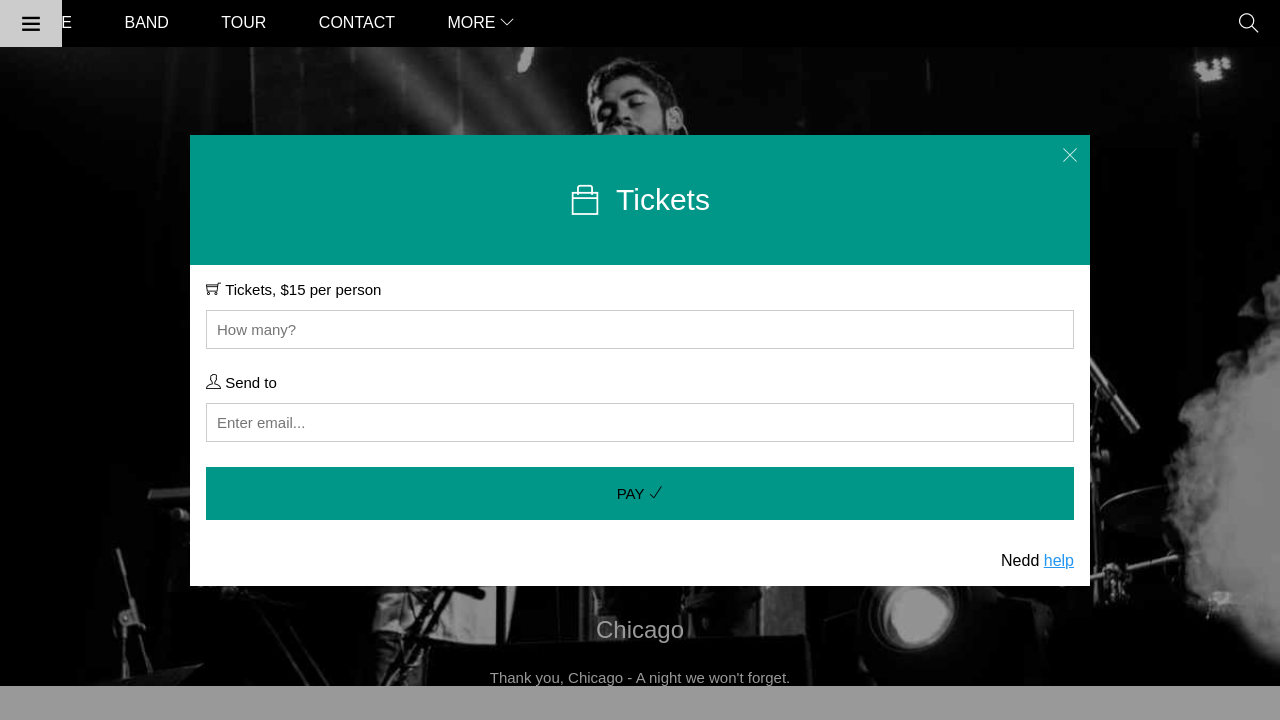
Repository: Thanhtrunghoang123/the-band
Page: index.html
An editor plug-in stored every save of this project. The page is shown before and after the next save, followed by the edit.
The browser window is 1280 px wide. The pictures show the window.
A layer covers the whole window, so only the first screen is drawn.

Above is the page before, as saved 2022-07-28 06:49:21.

### index.html
<!DOCTYPE html>
<html lang="en">
<head>
    <meta charset="UTF-8">
    <meta http-equiv="X-UA-Compatible" content="IE=edge">
    <meta name="viewport" content="width=device-width, initial-scale=1.0">
    <title>The Band</title>
    <link rel="icon" href="https://upload.wikimedia.org/wikipedia/commons/thumb/f/fb/Logo_of_Blackpink.svg/2560px-Logo_of_Blackpink.svg.png" type="image/x-icon" />
    <link rel="stylesheet" href="./assest/css/style.css">
    <link rel="stylesheet" href="./assest/css/responsive.css">
    <link rel="stylesheet" href="./assest/fonts/themify-icons/themify-icons.css">



</head>
<body>
    <div id="main">
        <div id="header">
            <!-- Begin: Nav -->
            <ul id="nav">
                <li><a href="#">Home</a></li>
                <li><a href="#band">Band</a></li>
                <li><a href="#tour">Tour</a></li>
                <li><a href="#contact">Contact</a></li>
                <li>
                    <a href="#">
                        More
                        <i class=" nav-arrow-down ti-angle-down"></i>

                    </a>
                    <ul class="subnav">
                        <li><a href="#">Merchandise</a></li>
                        <li><a href="#">Extras</a></li>
                        <li><a href="#">Media</a></li>
                    </ul>
                </li>
            </ul>
            <!-- End: Nav -->

            <!-- Begin: Search button -->
            <div class="search-btn">
                <i class=" search-icon ti-search"></i>
            </div>

            <div id="mobile-menu" class="mobile-menu-btn">
                <i class=" menu-icon ti-menu"></i>
            </div>
            <!-- End: Search button -->



        </div>

        <div id="slider">
            <div class="text-content">
                <h2 class="text-heading">Chicago</h2>
                <div class="text-description">Thank you, Chicago - A night we won't forget.</div>

            </div>
        </div>

        <div id="content">
            <!-- About section -->
            <div  id="band" class="content-section">
                <h2 class="section-heading">THE BAND</h2>
                <p class="section-sub-heading">We love music</p>
                <p class="about-text">We have created a fictional band website. Lorem ipsum dolor sit amet, consectetur adipiscing elit, sed do eiusmod tempor incididunt ut labore et dolore magna aliqua. Ut enim ad minim veniam, quis nostrud exercitation ullamco laboris nisi ut aliquip ex ea commodo consequat. Duis aute irure dolor in reprehenderit in voluptate velit esse cillum dolore eu fugiat nulla pariatur. Excepteur sint occaecat cupidatat non proident, sunt in culpa qui officia deserunt mollit anim id est laborum consectetur adipiscing elit, sed do eiusmod tempor incididunt ut labore et dolore magna aliqua. Ut enim ad minim veniam, quis nostrud exercitation ullamco laboris nisi ut aliquip ex ea commodo consequat.</p>
                <div class="row members-list">
                    <div class="text-center col col-third">
                        <p class="member-name">Name</p>
                        <img src="./assest/img/band/member1.jpg" alt="Name" class="member-img">
                    </div>
                    <div class="text-center col col-third">
                        <p class="member-name">Name</p>
                        <img src="./assest/img/band/member1.jpg" alt="Name" class="member-img">
                    </div>
                    <div class="text-center col col-third">
                        <p class="member-name">Name</p>
                        <img src="./assest/img/band/member1.jpg" alt="Name" class="member-img">
                    </div>
                    <div class="clear"></div>
                </div>
            </div>
            <!-- Tour section -->
            <div id="tour" class="tour-section">
                <div class="content-section">
                    <h2 class="section-heading text-white">TOUR DATES</h2>
                    <p class="section-sub-heading text-white">Remember to book your tickets!</p>

                    <!-- Tickets  -->
                    <ul class="tickets-list">
                        <li>September <span class="sold-out">Sold out</span></li>
                        <li>October <span class="sold-out">Sold out</span></li>
                        <li>November <span class="quantity">3</span></li>
                    </ul>
                    <!-- places -->
                    <div class=" row place-list">
                        <div class="col col-third">
                            <img src="./assest/img/places/place1.jpg" alt="img" class="place-img">
                            <div class="place-body">
                                <h3 class="place-heading">New York</h3>
                                <p class="place-time">Fri 27 Nov 2022</p>
                                <p class="place-desc">Praesent tincidunt sed tellus ut rutrum sed vitae justo.</p>
                                <button  class="btn js-buy-ticket">Buy Tickets</button>
                            </div>
                        </div>

                        <div class=" col col-third">
                            <img src="./assest/img/places/place2.jpg" alt="img" class="place-img">
                            <div class="place-body">
                                <h3 class="place-heading">Paris</h3>
                                <p class="place-time">Sat 28 Nov 2022</p>
                                <p class="place-desc">Praesent tincidunt sed tellus ut rutrum sed vitae justo.</p>
                                <button  class="btn js-buy-ticket">Buy Tickets</button>
                            </div>
                        </div>

                        <div class=" col col-third">
                            <img src="./assest/img/places/place3.jpg" alt="img" class="place-img">
                            <div class="place-body">
                                <h3 class="place-heading">San Francisco</h3>
                                <p class="place-time">Sun 29 Nov 2022</p>
                                <p class="place-desc">Praesent tincidunt sed tellus ut rutrum sed vitae justo.</p>
                                <button  class="btn js-buy-ticket">Buy Tickets</button>
                            </div>
                        </div>
                        <div class="clear"></div>
                    </div>
                </div>

            </div>
            <!-- Begin: Contact section -->
            <div id="contact" class="content-section">
                <h2 class="section-heading">CONTACT</h2>
                <p class="section-sub-heading">Fan? Drop a note!</p>

                <div class="row contact-content">
                    <div class="col col-half contact-info">
                        <p><i class="ti-location-pin"></i> Chicago, US</p>
                        <p><i class="ti-mobile"></i> +00 151515</p>
                        <p><i class="ti-email"></i> Email: mail@mail.com</p>
                    </div>

                    <div class="col col-half contact-form">
                        <form action="">
                            <div class="row">
                                <div class="col col-half">
                                    <input type="text" name="" placeholder="Name" required id="" class="form-control">
                                </div>

                                <div class="col col-half">
                                    <input type="email" name="" placeholder="Email" required id="" class="form-control">
                                </div>

                            </div>
                            <div class="row mt-8">
                                <div class="col col-full">
                                    <input type="text" name="" placeholder="Message" required class="form-control">
                                </div>
                            <input class=" pull-right btn mt-16" type="submit" value="Send">
                        </form>
                    </div>
                </div>
            </div>
        </div>
         <!-- End: Contact section -->,
         <div class="map-section">
            <img src="./assest/img/map/map.jpg" alt="Map">
        </div>
        <div id="footer">
            <div class="socials">
                <a href=""><i class="ti-facebook"></i></a>
                <a href=""><i class="ti-instagram"></i></a>
                <a href=""><i class="ti-github"></i></a>
                <a href=""><i class="ti-pinterest"></i></a>
                <a href=""><i class="ti-twitter-alt"></i></a>
                <a href=""><i class="ti-linkedin"></i></a>
            </div>

            <p class="copyright">Powered by<a href="https://www.w3schools.com/w3css/tryw3css_templates_band.htm">w3.css</a></p>

        </div>

        </div>
    </div>
    <div class="modal open js-modal">
        <div class="modal-container js-modal-container">
            <div class="modal-close js-modal-close">
                <i class="ti-close"></i>
            </div>

            <header class="modal-header">
                <i class=" modal-heading-icon ti-bag"></i>
                Tickets
            </header>

            <div class="modal-body">
                <label for="" class="modal-label">
                    <i class="ti-shopping-cart"></i>
                    Tickets, $15 per person
                </label>
                <input type="text" class="modal-input" placeholder="How many?">

                <label for="" class="modal-label">
                    <i class="ti-user"></i>
                    Send to
                </label>
                <input type="text" class="modal-input" placeholder="Enter email...">

                <button id="buy-tickets">
                    Pay <i class="ti-check"></i>

                </button>
            </div>

            <footer class="modal-footer">
                <p class="modal-help">Nedd <a href="">help</a></p>
            </footer>
        </div>
    </div>
    <script>
         // Tạo biến const trỏ vào element để thực hiện hành vi.
         const buyBtns = document.querySelectorAll ('.js-buy-ticket')
         const modal = document.querySelector('.modal')
         const modalContainer = document.querySelector('.js-modal-container')
         const modalClose = document.querySelector('.js-modal-close')

         function showBuyTickets() {
            // Hàm hiện thị mua vé (add class 'open' vào element được Modal trỏ vào.)
            modal.classList.add('open')
         }

         function hideBuyTickets() {
            // Hàm gỡ bỏ class=modal remove class 'open' vào element được ticketModal trỏ vào.
            modal.classList.remove('open')
         }

          // Vì có nhiều element cần kiểm tra event, nên dùng biến con buyBtn để duyệt các element class "buyBtns"
        //   lặp từng thẻ button  và nghe hành vi click
         for (const buyBtn of buyBtns) {
          // Duyệt qua mỗi element, lắng nghe event của người dùng và gọi đến hàm cần thực hiện.
          buyBtn.addEventListener('click', showBuyTickets)
         }

        //  Nghe hành vi click vào nút button close
         modalClose.addEventListener('click', hideBuyTickets)

         modal.addEventListener('click' ,hideBuyTickets)

         modalContainer.addEventListener('click',function(event) {
            event.stopPropagation()
        })
    </script>

    <script>
        var header = document.getElementById('header');
        var mobileMenu = document.getElementById('mobile-menu');
        var headerHeight = header.clientHeight;
    // dong mo mobile menu
    mobileMenu.onclick = function() {
        var isClosed = header.clientHeight == headerHeight ;
        if (isClosed) {
            header.style.height = 'auto' ;
        } else {
            header.style.height = null ;
        }
    }

    //Tự động đóng khi chọn menu
    var menuItems = document.querySelectorAll('#nav li a[href*="#"]');
    for( var i=0 ; i<menuItems.length ; i++) {
        var menuItem = menuItems[i];

        menuItem.onclick = function () {
            header.style.height = null ;

        }

    }



    </script>
</body>
</html>

### assest/css/style.css
*{
    margin: 0;
    padding: 0;
    box-sizing: border-box;
}

html{
    scroll-behavior: smooth;
    font-family: Arial, Helvetica, sans-serif;
}

.text-white{
    color: #fff !important;
}


.clear{
    clear: both;
}

.text-center {
    text-align: center !important;
}

.btn{
    color: #fff;
    background-color: #000;
    text-decoration: none;
    padding: 11px 16px;
    display: inline-block;
    margin-top: 15px;
    border:none;
}

.pull-right {
    float:right !important;
}

.btn:hover{
    cursor: pointer;
    color: #000;
    background-color: #ccc;
}

.row{
    margin-left: -8px;
    margin-right: -8px;
}

.row::after {
    content: "";
    display: block;
    clear: both;
}

.col {
    float: left;
    padding-right: 8px;
    padding-left: 8px;
}

.col-full{
    width: 100%;
}

.col-half {
    width: 50%;
}

.col-third {
    width: calc(100%/3);
}

.mt-8 {
    margin-top: 8px !important;
}

.mt-16{
    margin-top: 16px !important;
}
#main{

}

#header{
    height: 46.5px;
    background-color: #000;
    position: fixed;
    top: 0;
    left: 0;
    right: 0;
    z-index: 1;
    overflow:hidden;
}
#nav {
    display: inline-block;
}
#nav , .subnav{
    list-style: none;
}
#nav > li{
    display: inline-block;
}

#nav li{
    position: relative;
}

#nav > li > a {
    color: #fff;
    text-transform: uppercase;
}
#nav li a{
    text-decoration: none;
    line-height: 46.5px;
    padding: 0px 24px;
    display: block;
}

#nav li:hover .subnav{
    display: block;
}
#nav > li:hover > a,
#nav .subnav li:hover a{
    color: #000;
    background-color: #ccc;
}

#nav .subnav{
    display: none;
    position: absolute;
    top: 100%;
    background-color: #fff;
    box-shadow: 0 0 10px rgba(0 , 0 , 0 ,0.3);
}
#nav .subnav a{
    color: #000;
    min-width: 160px;
    padding:  0px 12px;
    line-height: 38.5px;
}
#nav .nav-arrow-down{
    font-size: 14px;
}

#header .mobile-menu-btn {
    position:absolute;
    top:0;
    bottom:0;
}

#header .mobile-menu-btn,
#header .search-btn{
    float:right;
    padding: 0 21px;
}

#header .search-btn:hover {
    background-color: #f44336;
    cursor: pointer;
}

#header .mobile-menu-btn:hover {
   background-color:#ccc ;
}

#header .mobile-menu-btn:hover .menu-icon {
    color:#000;
 }


#header .menu-icon ,
#header .search-icon {
    color: #fff;
    font-size: 20px;
    line-height: 46.5px;
}

#slider{
    position: relative;
    margin-top: 46px;
    padding-top:50%;
    background: url(/assest/img/slider/chicago.jpg) top center /cover no-repeat;
}

#slider .text-content{
    position: absolute;
    bottom: 0;
    color: #fff;
    /* cách căn giữa 1 */
    /* left: 50%;
    transform: translateX(-50%); */
    /* Cách căn giữa 2 */
    width: 100%;
    text-align: center;
}

#slider .text-heading{
    font-weight: 500 ;
    font-size: 24px;
}

#slider .text-description{
    font-size: 15px;
    margin-top: 25px;
}

#content{

}

#content .content-section{
    width: 800px;
    max-width: 100%;
    margin-left: auto;
    margin-right: auto;
    padding: 64px 0 112px;
    padding-left: 16px;
    padding-right: 16px;
}

#content .section-heading{
    font-size: 30px;
    font-weight: 500;
    text-align: center;
    letter-spacing:  4px;
}

#content .section-sub-heading{
    font-size: 15px;
    text-align: center;
    margin-top: 25px;
    font-style: italic;
    opacity: 0.6;

}

#content .about-text{
    font-size: 15px;
    margin-top: 25px;
    text-align: justify;
    line-height: 1.4;

}

#content .members-list{
    margin-top: 47px;
    /* display: flex; */
    overflow: hidden;
}



#content .member-name{
    font-size: 15px;
}

#content .member-img{
    width: 154px;
    margin-top: 15px;
    border-radius: 4px;
}
/* Tour section  */
.tour-section{
    background-color: #000;
}

.tickets-list{
    background-color: #fff;
    margin-top: 40px;
}

.tickets-list li {
    color: #757575;
    font-size: 15px;
    padding: 11px 16px;
    border-bottom: 1px solid #ddd;
    list-style: none;
}

.tickets-list .sold-out{
    background-color: #f44336;
    color: #fff ;
    padding: 3px 4px;
    margin-left: 16px;
}

.tickets-list .quantity{
    float: right;
    width: 24px;
    height: 24px;
    background-color: #000;
    color: #fff;
    border-radius: 50%;
    text-align: center;
    line-height: 24px;
    margin-top: -3px;

}
/* Places */
.place-list{
    margin-top: 32px;

}


.place-img{
    width: 100%;
    display: block;
}

.place-img:hover{
    opacity: 0.6;
}

.place-body{
    padding: 16px;
    font-size: 15px;
    background-color: #fff;
}

.place-heading{
    font-size: 15px;
    font-weight: 600;

}

.place-time{
    margin-top: 15px;
    color: #757575;
}

.place-desc{
    margin-top: 15px;
    line-height: 1.4;
}



/* Contact Form */
.contact-content {
    margin-top: 48px;
}

.contact-info {
    font-size: 18px;
}

.contact-info i [class*="ti-"] {
    width: 30px;
    display: inline-block;
    line-height: 1.5;
}

.contact-form {
    font-size: 15px;
}

.contact-form .form-control {
    padding: 10px;
    border: 1px solid #ccc;
    width: 100%;
    display: block;
}
/* Map-section */
.map-section img {
    width: 100%;
}





#footer{
    padding: 64px 16px;
    text-align: center;
}

#footer .socials {
    font-size: 24px;
}

#footer .socials a {
    color: rgba(0 ,0, 0, 0.6);
    text-decoration: none;
}

#footer .socials a:hover {
    color: rgba(0 ,0, 0, 0.3);
}

#footer .copyright  {
    font-size: 15px;
    color: rgba(0 ,0, 0, 0.3);
    margin-top: 15px;

}

#footer .copyright a {

    color: rgba(0 ,0, 0, 0.3);
    text-decoration: none;
}




@keyframes modalFadeIn {
    from{
        opacity: 0;
        transform: translateY(-100px);
    }

    to{
        opacity: 1;
        transform: translateY( 0px);
    }
}
.modal.js-modal.open{
    display: flex;
    }

.modal{
    position: fixed;
    top: 0;
    bottom: 0;
    right: 0;
    left: 0;
    background: rgba(0, 0 ,0 ,0.4);
    align-items: center;
    justify-content: center;
    display: none;
}

.modal-container {
    background: #fff ;
    width: 900px;
    max-width: calc(100%-32px);
    min-height: 200px;
    position: relative;
    animation: modalFadeIn ease 0.5s;


}

.modal-header{
    color: #fff;
    background-color: #009688;
    height: 130px;
    font-size: 30px;
    display: flex;
    align-items: center;
    justify-content: center;
}

.modal-heading-icon{
    padding-right: 16px;
}

.modal-close{
    position: absolute;
    right: 0;
    top: 0;
    color: #fff;
    padding: 12px;
    cursor: pointer;
    opacity: 0.8;
}

.modal-close:hover {
    opacity: 1;
    background-color: #ccc;
}

.modal-body {
    padding: 16px;
}

.modal-label{
    display: block;
    font-size: 15px;
   margin-bottom: 12px;
}

.modal-input{
    border: 1px solid #ccc;
    width: 100%;
    font-size: 15px;
    padding: 10px;
    margin-bottom: 25px;
}

#buy-tickets {
    background: #009688;
    font-size: 15px;
    border: none;
    width: 100%;
    text-transform: uppercase;
    padding: 18px;
    cursor: pointer;
}

#buy-tickets:hover {
    opacity: 0.9;
}

.modal-footer{
    padding: 16px;
    text-align: right;
}

.modal-footer a {
    color:#2196F3;
}

### assest/css/responsive.css
/* PC */
@media(min-width:124px ) {

}

/* Tablet */
@media(max-width:720px) and (max-width:1023px) {

}

/* Mobile */
@media(max-width:740px) {
    #nav {
        display: block;
    }

    #nav > li {
        display: block;
    }

    #header .search-btn{
        display: none;
    }



}

Loaded but not shown: assest/fonts/themify-icons/themify-icons.css (common file)

After the next save:
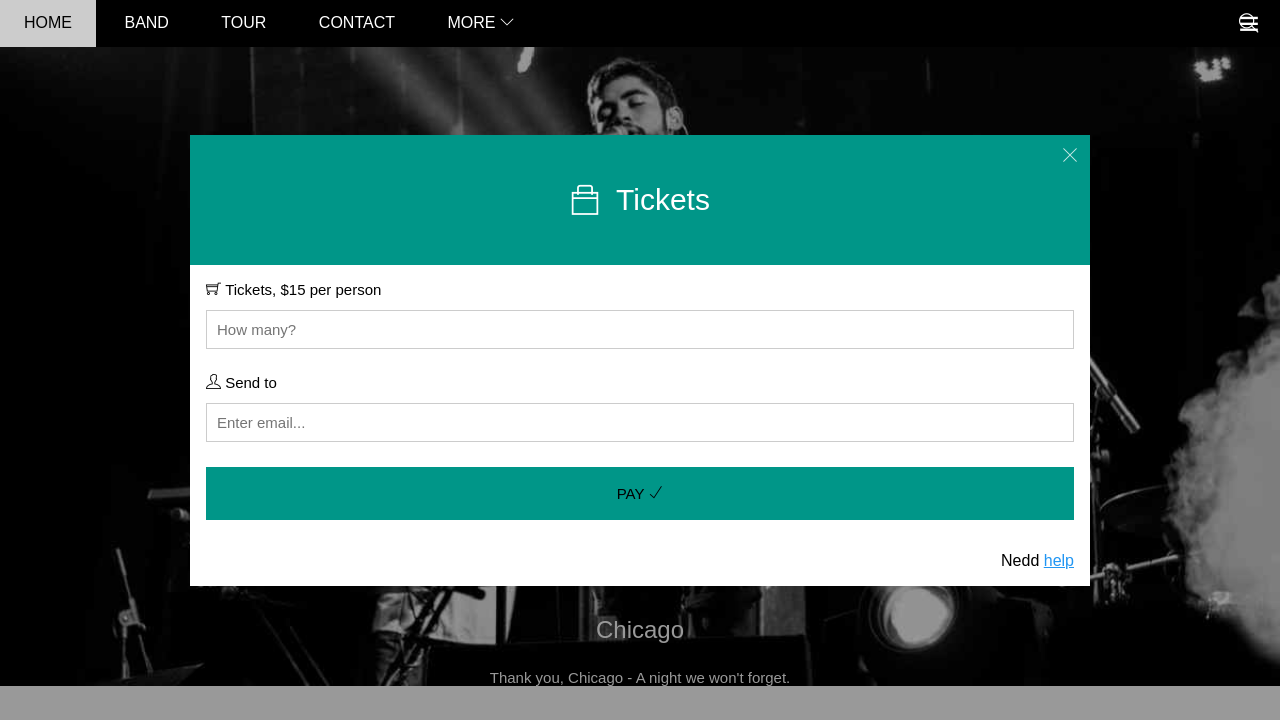
Saved 13 s later.
--- a/assest/css/style.css
+++ b/assest/css/style.css
@@ -146,7 +146,7 @@
 #header .mobile-menu-btn {
     position:absolute;
     top:0;
-    bottom:0;
+    right:0;
 }
 
 #header .mobile-menu-btn,
